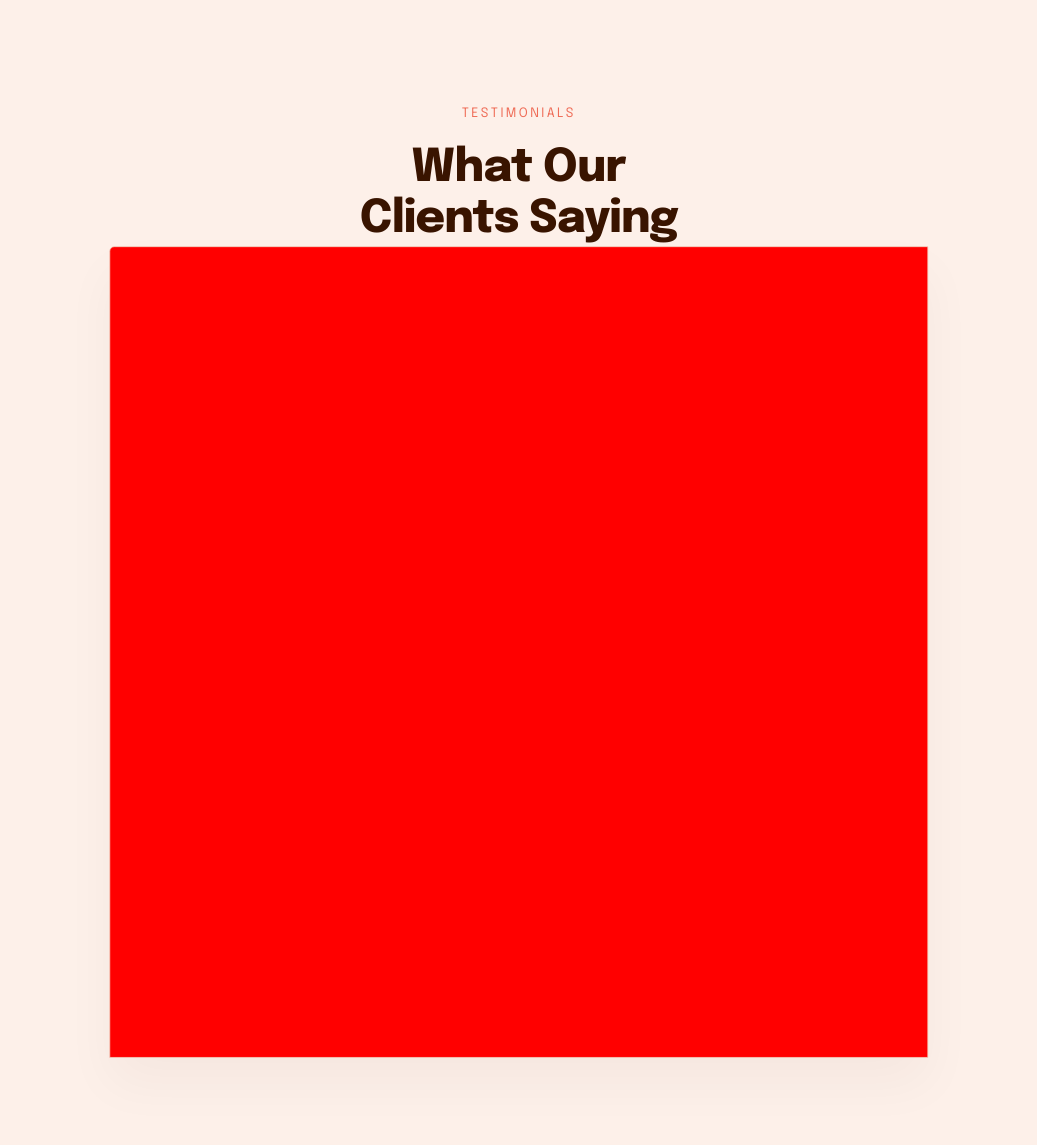
Repository: simralgasimov/task
Page: index.html
These files come from the project's save history. The page is drawn as it stood at one moment and after the next save; the edit follows.
The browser window is 1280 px wide. The pictures show the whole page, at 81% of full size.

Above is the page before, as saved 2023-09-06 13:34:31.

After the next save:
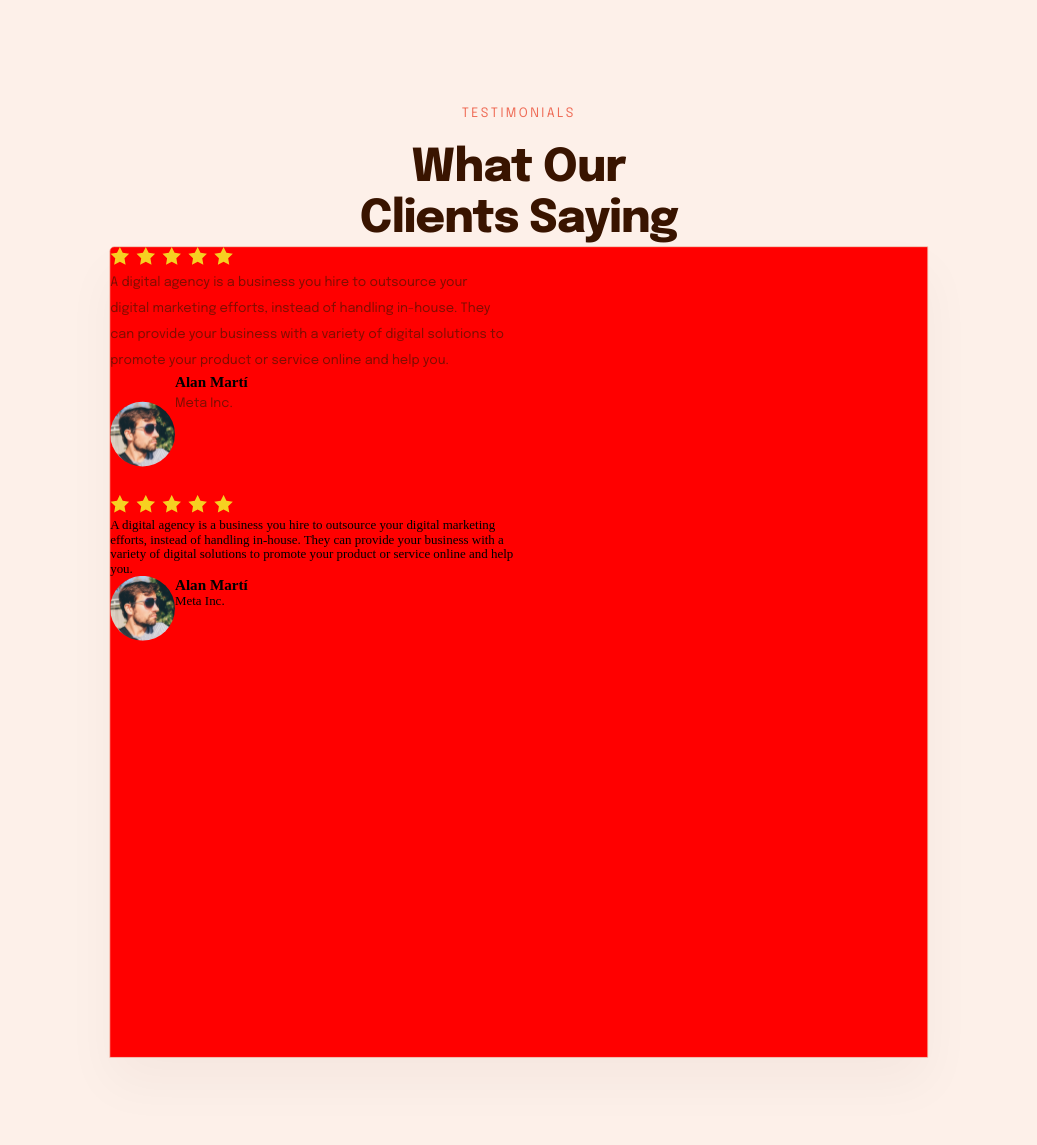
Saved 21 s later.
--- a/index.html
+++ b/index.html
@@ -15,7 +15,7 @@
       </h2>
       <div class="comment">
         <div class="left-box">
-          <!-- <div class="first-box">
+          <div class="first-box">
             <div class="box-1">
               <img src="./img/star.svg" alt="" />
               <p>
@@ -55,7 +55,7 @@
   </div>
   </div>
 
-        </div> -->
+        </div>
         </div>
         <div class="right-box"></div>
 
